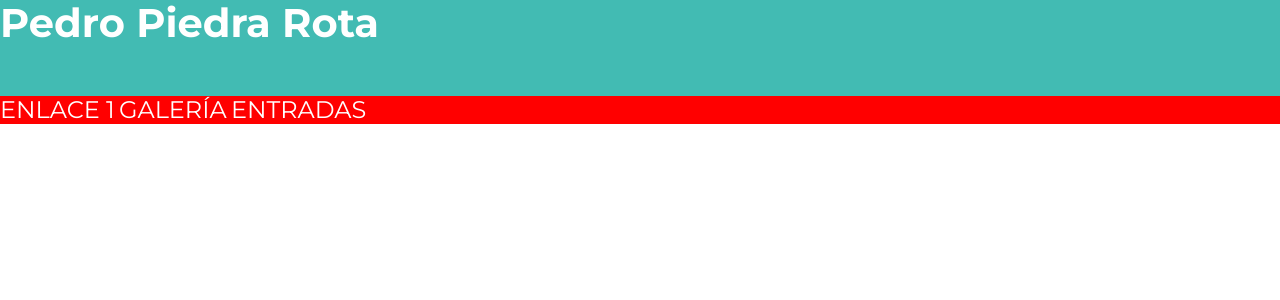
Repository: araque1990/PedroPiedraRota
Page: index.html
These files come from the project's save history. The page is drawn as it stood at one moment and after the next save; the edit follows.
The browser window is 1280 px wide. The pictures show the whole page.
The style sheet was rebuilt from its Sass, Less or Tailwind sources for each picture, by a compiler version that may differ from the author's.

Above is the page before, as saved 2023-03-13 22:19:42.

After the next save:
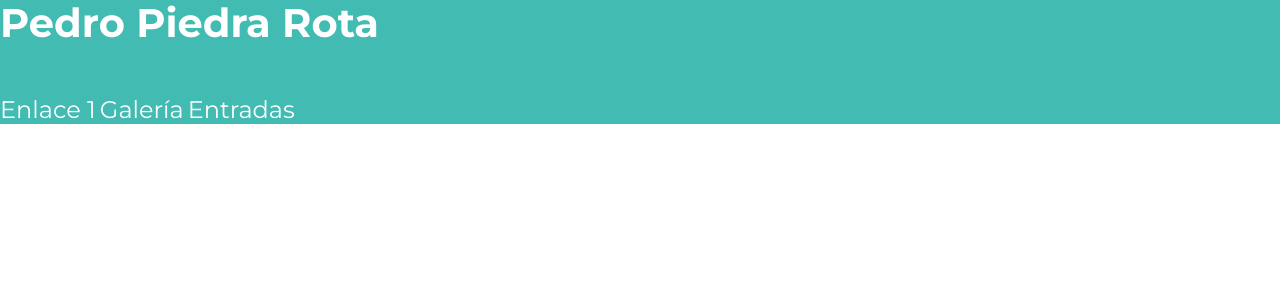
Saved 66 s later.
--- a/src/scss/layout/_header.scss
+++ b/src/scss/layout/_header.scss
@@ -10,13 +10,6 @@
 }
 
 .navegacion-principal {
-  @include m.telefono {
-    background-color: red;
-    text-transform: uppercase;
-  }
-  @include m.telefono {
-
-  }
   a {
     color: v.$blanco;
     font-size: 2.4rem;
